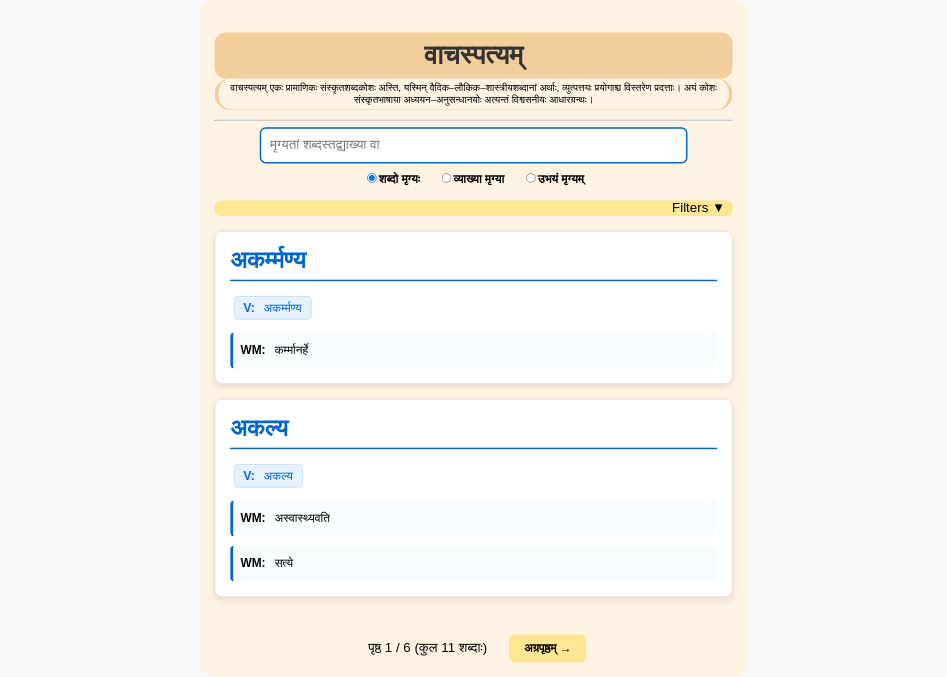
Repository: sanskritsphere/vachaspatyam-demo
Page: index.html
The author's editor kept a copy of each file at every save. The page is drawn from the files as they stood at one save, then again after the next save.
The browser window is 1280 px wide. The pictures show the whole page, at 74% of full size.

Above is the page before, as saved 2025-12-14 17:25:59.

After the next save:
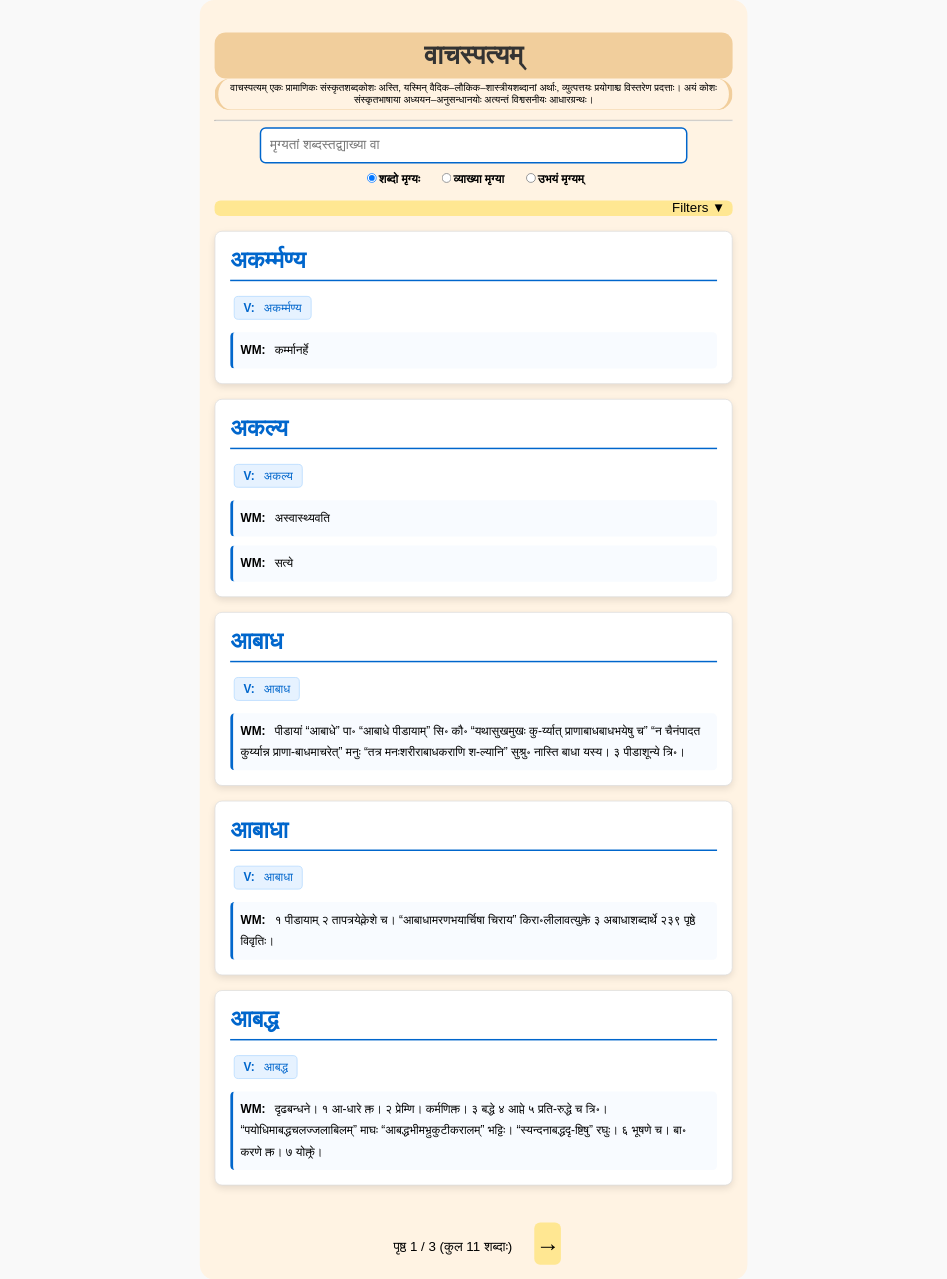
Saved 7 min 8 s later.
--- a/index.html
+++ b/index.html
@@ -85,7 +85,7 @@
         let startingLetters = new Set();
         let gcValues = new Set();
         let currentPage = 1;
-        const itemsPerPage = 2;
+        const itemsPerPage = 5;
         // XML फ़ाइल लोड करना
 
         // पेज लोड होते ही लोडर दिखाएँ
@@ -283,7 +283,7 @@ function renderPaginatedEntries(query) {
     // Previous button
     if (currentPage > 1) {
         const prevBtn = document.createElement('button');
-        prevBtn.textContent = '← पूर्वपृष्ठम्';
+        prevBtn.textContent = '←';
         prevBtn.style.padding = '10px 20px';
         prevBtn.style.margin = '0 10px';
         prevBtn.style.fontSize = '16px';
@@ -305,10 +305,11 @@ function renderPaginatedEntries(query) {
     // Next button
     if (currentPage < totalPages) {
         const nextBtn = document.createElement('button');
-        nextBtn.textContent = 'अग्रपृष्ठम् →';
-        nextBtn.style.padding = '10px 20px';
+        nextBtn.textContent = '→';
+        nextBtn.style.padding = '10px 2px';
         nextBtn.style.margin = '0 10px';
-        nextBtn.style.fontSize = '16px';
+        nextBtn.style.fontSize = '32px';
+        nextBtn.style.fontWeight = '900'
         nextBtn.onclick = () => {
             currentPage++;
             renderPaginatedEntries(query);
